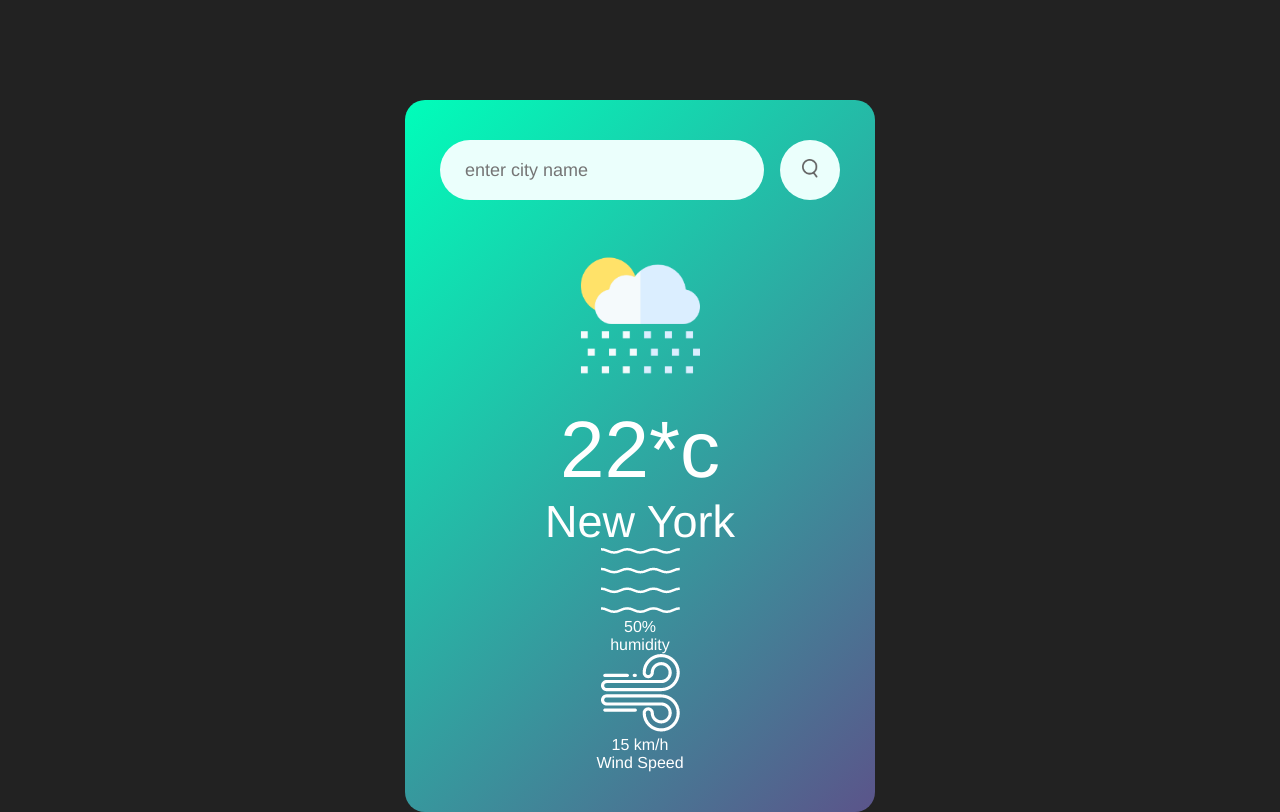
Repository: sodmaq/weatherApp
Page: index.html
The author's editor kept a copy of each file at every save. The page is drawn from the files as they stood at one save, then again after a run of saves.
The browser window is 1280 px wide. The pictures show the whole page.

Above is the page before, as saved 2023-06-24 22:30:39.

After the next 5 saves:
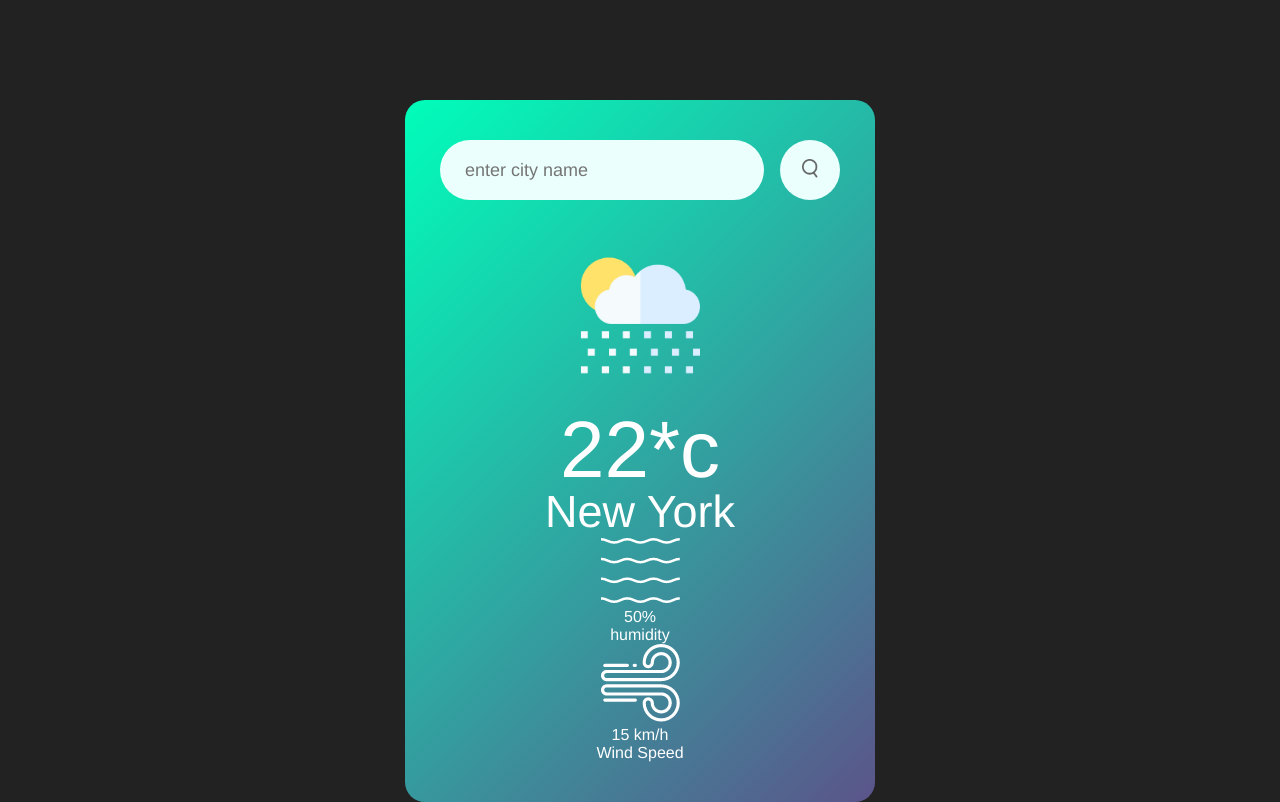
The 5 saves are shown as one change because they came seconds apart.
The last was saved 107 s later.
--- a/style.css
+++ b/style.css
@@ -46,19 +46,20 @@ body {
   height: 60px;
   cursor: pointer;
 }
-.search button img{
-    width: 16px;
+.search button img {
+  width: 16px;
 }
-.weather-icon{
-    width: 170px;
-    margin-top: 30px ;
+.weather-icon {
+  width: 170px;
+  margin-top: 30px;
 }
-.weather h1{
-    font-size: 80px;
-    font-weight: 500;
+.weather h1 {
+  font-size: 80px;
+  font-weight: 500;
 }
 
-.weather h2{
-    font-size: 45px;
-    font-weight: 400;
+.weather h2 {
+  font-size: 45px;
+  font-weight: 400;
+  margin-top: -10px;
 }
